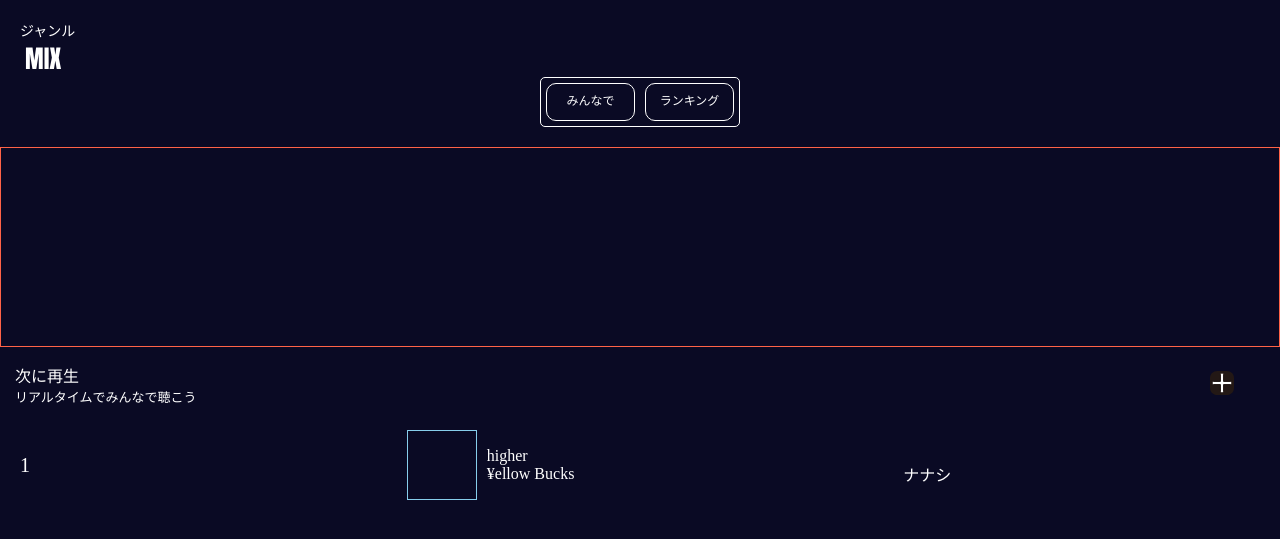
Repository: FujieRyou/2024_team
Page: /LoggedIn
These files come from the project's save history. The page is drawn as it stood at one moment and after the next save; the edit follows.
The browser window is 1280 px wide. The pictures show the whole page.
The project was rebuilt for these pictures with package versions that can differ from the ones it lists, and the page was loaded fresh each time. The framework's server and built-in components were replaced by stand-ins that run in the browser. Also part of the build but not shown: next.config.js.

Above is the page before, as saved 2024-01-10 11:35:33.

After the next save:
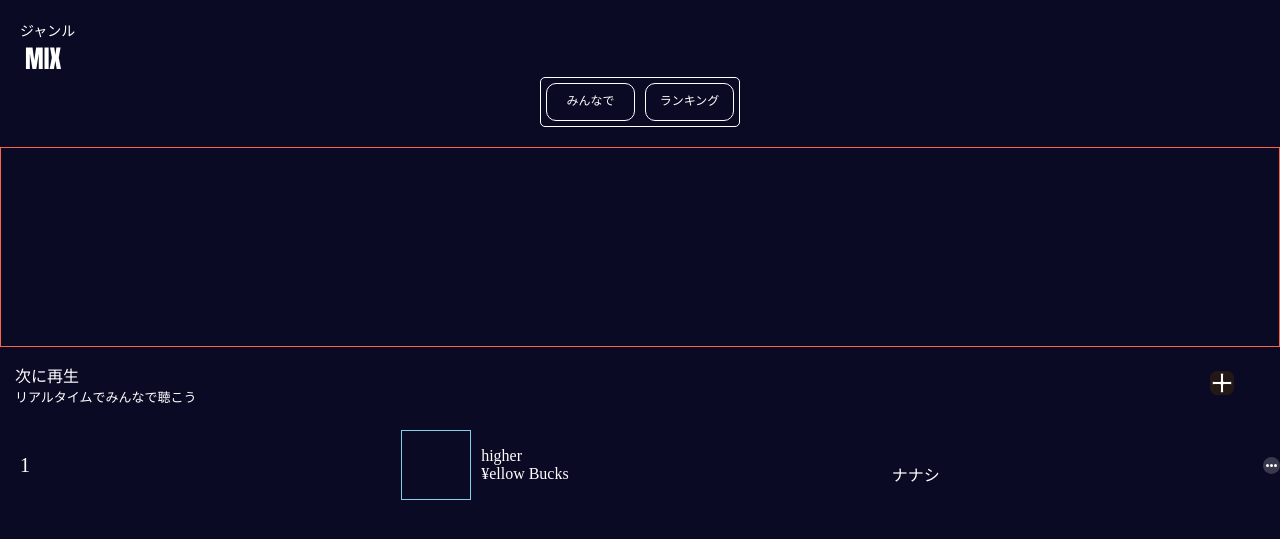
Saved 21 s later.
--- a/src/pages/LoggedIn.jsx
+++ b/src/pages/LoggedIn.jsx
@@ -39,7 +39,7 @@ function LoggedIn (){
                     <img src="" alt="" />
                     <p>ナナシ</p>
                 </div>
-                <img src="" alt="" />
+                <img src="./img/detailBtn.svg" alt="" />
             </div>
         </div>
     </div>
